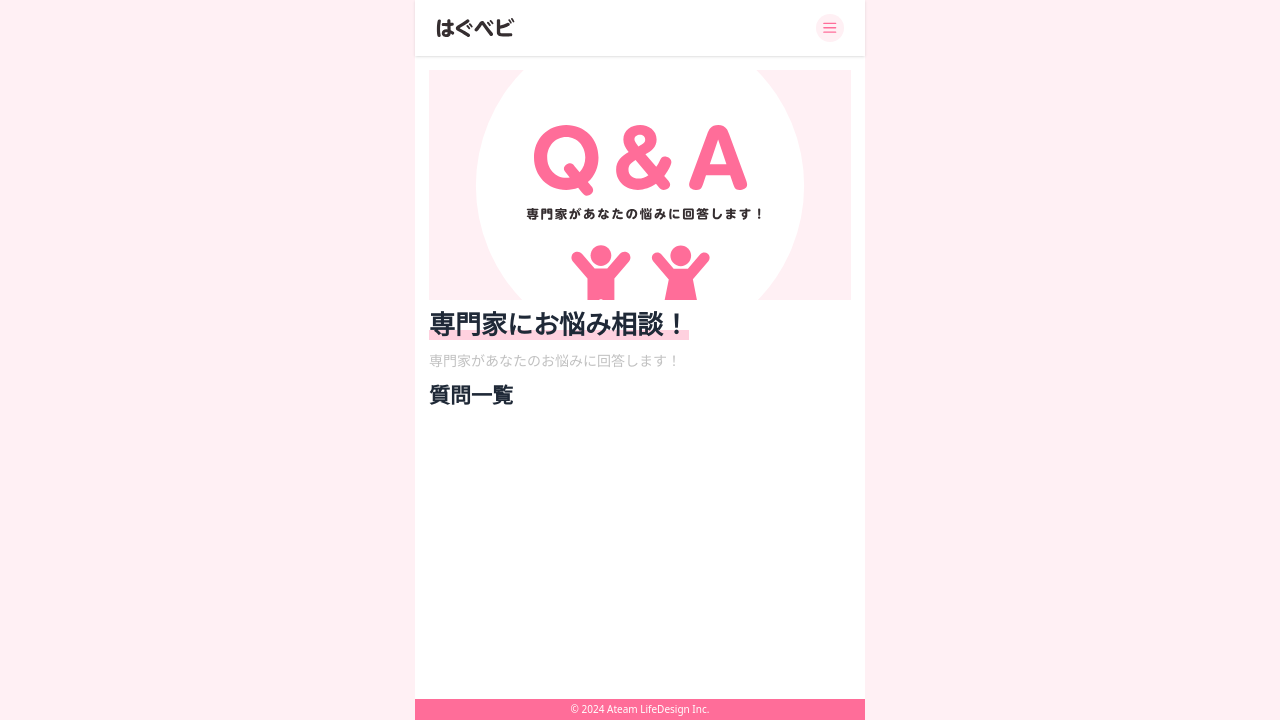
Repository: tsuzuki-takaaki/Emo
Page: http://localhost/question
The author's editor kept a record of every edit. The page is drawn from the files as they stood at one moment, then again after the next edit.
The browser window is 1280 px wide. The pictures show the whole page.
Some web libraries are served in a nearby version. The page is run by PHP 8.4 with error messages shown; the project is at /var/www/html/. Queries for data that is not in the repository find no rows.

Above is the page before.

### index.php
<?php
    error_reporting(E_ALL & ~E_NOTICE); //noticeレベルのエラーを非表示
    $params = explode('/', $_GET['url']);

    // actionの初期値をtopに固定
    // $action = "top";
    $args = array();

    switch ($params[0]) {
        case "": // /
        case "index": // /index/
            $action = 'top';
            if (array_key_exists("tag_id", $_GET)) $args["tag_id"] = $_GET["tag_id"];
            else $args["tag_id"] = 1;
            break;
        case "admin": // /admin/
            $action = "admin";
            if (count($params) < 1) break;
            switch ($params[1]) {
                case "expert": // /admin/expert/
                    if (count($params) < 2) break;
                    $action = "admin_expert";
                    switch($params[2]){ // /admin/expert/create/
                        case "create":
                            $action = "admin_create_expert";
                            break;
                        default: // /admin/expert/<expert_id>/
                            $args['expert_id'] = $params[2];
                            $action = "admin_expert";
                            if (count($params) < 3) break;
                            switch($params[3]){
                                case "update":
                                    $action = "admin_update_expert";
                                    break;
                            }
                            break;
                    }
                    break;
                }
                break;
        case "expert": // /expert/<expert_id>
            if (count($params) < 1) break;
            $args["expert_id"] = $params[1];
            $action = 'expert';
            if (count($params) < 2) break;
            switch ($params[2]) {
                case "article": // /expert/<expert_id>/article/
                    if (count($params) < 3) break;
                    switch($params[3]){
                        case "new": // /expert/<expert_id>/article/new/
                            $action = 'expert_edit_new_article';
                            break;
                        case "create": // /expert/<expert_id>/article/create/
                            $action = 'expert_create_article';
                            break;
                        default: // /expert/<expert_id>/article/<article_id>/
                            $args["article_id"] = $params[3];
                            if (count($params) < 4) break;
                            switch ($params[4]){
                                case "edit": // /expert/<expert_id>/article/<article_id>/edit/
                                    $action = 'expert_edit_exist_article';
                                    break;
                                case "update": // /expert/<expert_id>/article/<article_id>/update/
                                    $action = 'expert_update_article';
                                    break;
                            }
                            break;
                    }
                    break;
                case "question": // /expert/<expert_id>/question/<question_id>/
                    if (count($params) < 3) break;
                    $args["question_id"] = $params[3];
                    if (count($params) < 4) break;
                    switch($params[4]){
                        case "answer": // /expert/<expert_id>/question/<question_id>/answer/
                            if (count($params) < 5) break;
                            switch ($params[5]){
                                case "new": // /expert/<expert_id>/question/<question_id>/new/
                                    $action = "expert_edit_new_answer";
                                    break;
                                case "create": // /expert/<expert_id>/question/<question_id>/create/
                                    $action = "expert_create_answer";
                                    break;
                            }
                            break;
                    }
                    break;
            }
            break;

        case "article": // /article/
            if (count($params) < 2) break;
            switch ($params[1]){
                default: // /article/<article_id>/
                    $args["article_id"] = $params[1] ;
                    $action = "article";
                    break;
            }
            break;
        case "question": // /question/
            $action = "question_top";
            if (count($params) < 2) break;
            switch ($params[1]){
                case "new":
                    $action = "edit_new_question";
                    break;
                case "create":
                    $action = "create_question";
                    break;
                case '':
                    $action = "question_top";
                default: // /question/<question_id>/
                    if (strlen($params[1]) == 0){
                        $action = "question_top";
                    }else{
                        $args["question_id"] = $params[1];
                        $action = "question";
                    }
                    break;
            }
            break;
        default:
            throw new Exception("Routing Error");
    }
    // var_dump($action);
    // var_dump($args);
    require_once('./controllers/controller.php');
    $controller = new Controller;
    $controller->$action($args);

### controllers/controller.php
<?php
error_reporting(E_ALL);
ini_set('display_errors', 'On');
class Controller{
    /**
     *  /
     *  トップページ(index.php)への遷移
     */
    function top($args){
        require_once('./models/tag.php');
        require_once('./models/article_tag.php');
        require_once('./models/article.php');

        $tags = Tag::all();
        $article_tags = Article_tag::find_by_tag($args["tag_id"]);
        $articles = [];
        foreach($article_tags as $article_tag) {
            $article = Article::find($article_tag["article_id"]);
            $article_tags_2 = Article_tag::find_by_article($article["id"]);
            $article_with_tags = [];
            foreach($article_tags_2 as $article_tag_2) {
                array_push($article_with_tags, Tag::find($article_tag_2["tag_id"]));
            }
            array_push($articles, [ "tags" => $article_with_tags, "article" => $article ]);
        }

        include_once('./views/top/index.php');
    }


    /**
    * /admin/
    * 管理者画面への遷移
    */
    function admin($args){
        require_once('./models/expert_user.php');
        $experts = ExpertUser::all();
        include_once('./views/admin/admin_view.php');
    }

    /**
     * /admin/expert/<expert_id>
     * 管理者によるエキスパート管理画面
     */
    function admin_expert($args){
        require_once('./models/expert_user.php');
        $expert_id = $args['expert_id'];
        $expert = ExpertUser::find($expert_id);
        include_once('./views/admin/admin_expert.php');
    }

    /**
     * /admin/expert/create/
     * エキスパート作成(create)の実行
     * 実行後に管理者ページ(/admin/)への遷移
     */
    function admin_create_expert($args){
        require_once('./models/expert_user.php');
        $pass = $_POST['pass'];
        $first_name = $_POST['first_name'];
        $family_name = $_POST['family_name'];
        $description = $_POST['description'];
        $major = $_POST['major'];
        $expert = ExpertUser::save($pass=$pass, $first_name=$first_name, $family_name=$family_name, $description=$description, $major=$major);
        header('Location: /admin/expert/');
    }

    /**
     * /admin/expert/<expert_id>/update
     * エキスパートの更新
     */
    function admin_update_expert($args){
        require_once('./models/expert_user.php');
        $id = $args['expert_id'];
        $pass = $_POST['pass'];
        $first_name = $_POST['first_name'];
        $family_name = $_POST['family_name'];
        $description = $_POST['description'];
        $major = $_POST['major'];
        $expert = ExpertUser::update($id=$id, $pass=$pass, $first_name=$first_name, $family_name=$family_name, $description=$description, $major=$major);
        header('Location: /admin/expert/'.$expert['id'].'/');
    }

    /**
     * /expert/<id>
     * エキスパートの個人ページ
     */
    function expert($args){
        require_once('./models/expert_user.php');
        require_once('./models/article.php');
        require_once('./models/question.php');
        $expert = ExpertUser::find($id=$args['expert_id']);
        $articles = Article::find_by_author($author_id=$expert['id']);
        $questions = Question::all();
        include_once('./views/expert/expert_view.php');
    }

    /**
     * /expert/<id>/article/new/
     * エキスパートによる記事の執筆ページへの遷移
     */
    function expert_edit_new_article($args){
        require_once('./models/expert_user.php');
        require_once('./models/tag.php');
        require_once('./models/affiliate_product.php');

        $expert = ExpertUser::find($id=$args['expert_id']);
        $tags = Tag::all();
        $affiliate_products = Affiliateproduct::all();
        include('./views/expert/article_edit.php');
    }

    /**
     * /expert/<expert_id>/article/create/
     *  記事の新規作成(create)の実行
     * 実行後に記事ページへ遷移
     */
    function expert_create_article($args){
        require_once('./models/article.php');
        require_once('./models/tag.php');
        require_once('./models/article_tag.php');
        require_once('./models/affiliate_product.php');
        require_once('./models/article_affiliate_product.php');

        // 記事の保存
        $title = $_POST['title'];
        $content = $_POST['content'];
        $author_id = $args['expert_id'];
        $image_path = '/resources/images/articles' . $_FILES['upimg']['tmp_name'] . $_FILES['upimg']['name'];
        $article = Article::save($title=$title, $content=$content, $author_id=$author_id, $image_path=$image_path);
        move_uploaded_file($_FILES['upimg']['tmp_name'], "." . $image_path);

        // タグの登録
        $tags = Tag::all();
        $checked_tags = array();
        foreach ($tags as $tag){
            $key = "tag_".$tag['id'];
            if($_POST[$key] == null){
                continue;
            }else{
                $checked_tags[$tag['id']] = $tag;
            }
        }

        foreach($checked_tags as $tag){
            Article_tag::save($article_id=$article['id'], $tag_id=$tag['id']);
        }
        unset($checked_tags);

        // アフィリエイトの登録
        $affiliate_products = $_POST['affliate_products'];
        foreach($affiliate_products as $affiliate_product){
            Article_affiliate_product::save($article_id=$article['id'], $affliate_product_id=$affliate_product['id']);
        }
        unset($affiliate_products);

        header('Location: /article/'.$article['id'].'/');
    }

    /**
     *  /expert/<expert_id>/article/<article_id>/
     * エキスパートによる記事の編集画面への遷移
     */
    function expert_edit_exist_article($args){
        require_once('./models/expert_user.php');
        require_once('./models/article.php');
        require_once('./models/article_tag.php');

        $expert = ExpertUser::find($args['id']);
        $article = Article::find($args['article_id']);
        $current_tags = Article_tag::find_by_article($article['id']);
        $current_affliate_products = Article_affliate_product::find_by_article($article['id']);
        $tags = Tag::all();
        $affiliate_products = Affiliateproduct::all();
        include('./views/expert/article_edit.php');
    }

    /**
     *  /expert/<expert_id>/article/<article_id>/update/
     * エキスパートによる記事の更新(update)の実行
     * 実行後に記事ページへ遷移
     */
    function expert_update_article($args){
        require_once('./models/article.php');
        require_once('./models/tag.php');
        require_once('./models/article_tag.php');
        require_once('./models/affiliate_product.php');
        require_once('./models/article_affiliate_product.php');

        // 記事の上書き
        $article_id = $args['article_id'];
        $title = $_POST['title'];
        $content = $_POST['content'];
        $author_id = $args['expert_id'];
        $image_path = $_POST['image_path'];
        $article = Article::update($id=$article_id, $title=$title, $content=$content, $author_id=$author_id, $image_path=$image_path);

        // タグの登録
        $tags = Tag::all();
        $checked_tags = array();
        foreach ($tags as $tag){
            $key = "tag_".$tag['id'];
            if($_POST[$key] == null){
                continue;
            }else{
                $checked_tags[$tag['id']] = $tag;
            }
        }

        foreach($checked_tags as $tag){
            Article_tag::save($article_id=$article['id'], $tag_id=$tag['id']);
        }
        unset($checked_tags);

        // アフィリエイトの登録
        $affiliate_products = $_POST['affliate_products'];
        foreach($affiliate_products as $affiliate_product){
            Article_affiliate_product::save($article_id=$article['id'], $affliate_product_id=$affliate_product['id']);
        }
        unset($affiliate_products);

        header('Location: /article/'.$article['id'].'/');
    }

    /**
     *  /expert/<expert_id>/question/<question_id>/answer/new/
     * エキスパートによる質問に対する回答の新規作成ページへの遷移
     */
    function expert_edit_new_answer($args){
        require_once('./models/question.php');
        require_once('./models/expert_user.php');

        $author_id = $args['expert_id'];
        $question_id = $args['question_id'];

        $question = Question::find($question_id);
        $expert = ExpertUser::find($author_id);

        include('./views/expert/answer_edit.php');
    }

    /**
     *  /expert/<expert_id>/question/<question_id>/answer/create/
     * エキスパートによる回答の新規作成(create)の実行
     * 実行後に質問ページに遷移
     */
    function expert_create_answer($args){
        require_once('./models/question.php');
        require_once('./models/expert_user.php');
        require_once('./models/answer.php');
        require_once('./models/question_answer.php');

        $author_id = $args['expert_id'];
        $question_id = $args['question_id'];

        $question = Question::find($id = $question_id);
        $title = $question['title'];
        $content = $_POST['content'];

        $answer = Answer::save($title=$title, $content=$content, $author_id=$author_id);

        Question_answer::save($question_id=$question_id, $answer_id=$answer['id']);
        header('Location: /question/'.$question_id.'/');
    }



    /**
     *  /article/<id>/
     * 記事詳細画面への遷移
     */
    function article($args){
        require_once('./models/article.php');
        require_once('./models/article_affiliate_product.php');
        require_once('./models/affiliate_product.php');
        require_once('./models/article_tag.php');
        require_once('./models/expert_user.php');
        require_once('./models/tag.php');

        $article = Article::find($args['article_id']);
        $article_affiliate_products = Article_affiliate_product::find_by_article($article_id=$article['id']);
        $article_tags = Article_tag::find_by_article($article_id=$article['id']);
        $tags = [];
        $affiliates = [];
        foreach ($article_affiliate_products as $article_affiliate_product) {
            $affiliate = AffiliateProduct::find($article_affiliate_product['affiliate_product_id']);
            array_push($affiliates, $affiliate);
        }
        foreach ($article_tags as $article_tag) {
            $tag = Tag::find($article_tag['tag_id']);
            array_push($tags, $tag);
        }

        $author = ExpertUser::find($id=$article['author_id']);

        include_once('./views/article/show.php');
    }

    /**
     * /question/
     */
    function question_top($args){
        require_once('./models/question.php');
        require_once('./models/tag.php');

        $questions = Question::all();
        $tags = [];
        foreach ($questions as $question) {
            array_push($tags, Tag::find($question["tag_id"]));
        }

        include_once('./views/question/index.php');
    }

    /**
     *  /question/<id>/
     *  質問詳細画面への遷移
     */
    function question($args){
        require_once('./models/question.php');
        require_once('./models/question_answer.php');
        require_once('./models/answer.php');
        require_once('./models/expert_user.php');
        require_once('./models/tag.php');

        $question = Question::find($args['question_id']);
        $tag = Tag::find($question["tag_id"]);
        $answer_questions = Question_answer::find_by_question($question['id']);
        $answers = [];
        $experts = [];
        foreach ($answer_questions as $answer_question) {
            $answer = Answer::find($answer_question['answer_id']);
            array_push($answers, $answer);
            array_push($experts, ExpertUser::find($answer["author_id"]));
        }

        include_once('./views/question/question_view.php');
    }

    /**
     * /question/new/
     * 質問の投稿画面への遷移
     */
    function edit_new_question($args){
        require_once('./models/tag.php');
        $tags = Tag::all();
        include_once('./views/question/question_edit.php');
    }

    /**
     * /question/create/
     * 質問の新規作成(create)の実行
     * 実行後に作成した質問詳細ページへの遷移
     *
     */
    function create_question($args){
        var_dump('hoge');
        require_once('./models/question.php');
        $title = $_POST['title'];
        $content = $_POST['content'];
        $tag_id = $_POST['tag_id'];
        $question = Question::save($title=$title, $content=$content, $tag_id=$tag_id);
        header('Location: /question/'.$question['id'].'/');
    }
}

### models/question.php
<?php
require_once("./database.php");

class Question{
    /* 探索 */
    public static function find($id) {
        $question = ORM::for_table('questions')->where_equal('id', $id)->find_one();
        return $question;
    }

    /* 全件取得 */
    public static function all(){
        $questions = ORM::for_table('questions')->find_array();
        return $questions;
    }

    /* 新規登録 */
    public static function save($title, $content, $author_id){
        $question = ORM::for_table('questions')->create();
        $question->title  = $title;
        $question->last_name  = $content;
        $question->author_id  = $author_id;
        $question->save();
    }

    /* 更新 */
    public static function update($id, $title, $content, $author_id){
        $question = question::find($id);
        $question->title  = $title;
        $question->last_name  = $content;
        $question->author_id  = $author_id;
        $question->save();
    }

    /* 削除 */
    public static function delete($id){
        $user = question::find($id);
        $user->delete();
    }
}

### database.php
<?php
    require_once("./idiorm.php");
    ORM::configure('mysql:host=localhost;dbname=mdesu');
    ORM::configure('username', 'dbuser');
    ORM::configure('password', 'dbpass');
    $db = ORM::get_db();

### models/tag.php
<?php
require_once("./database.php");

class Tag{
    /* 探索 */
    public static function find($id) {
        $tag = ORM::for_table('tags')->where_equal('id', $id)->find_one();
        return $tag;
    }

    /* 全件取得 */
    public static function all(){
        $tags = ORM::for_table('tags')->find_array();
        return $tags;
    }

    /* 新規登録 */
    public static function save($name){
        $tag = ORM::for_table('tags')->create();
        $tag->name  = $name;
        $tag->save();
        return $tag;
    }

    /* 更新 */
    public static function update($id, $name){
        $tag = Tag::find($id);
        $tag->name  = $name;
        $tag->save();
        return $tag;
    }

    /* 削除 */
    public static function delete($id){
        $tag = Tag::find($id);
        $tag->delete();
    }
}

### style.css
*, *::before, *::after {
    box-sizing: border-box;
}

html {
    overflow-y: scroll;
    overflow-wrap: break-word;
    font-size: 14px;
}

Loaded but not shown: resources/images/logo.svg (3 lines, source omitted); idiorm.php (2557 lines, source omitted); views/question/index.php (102 lines, source omitted)

After the next edit:
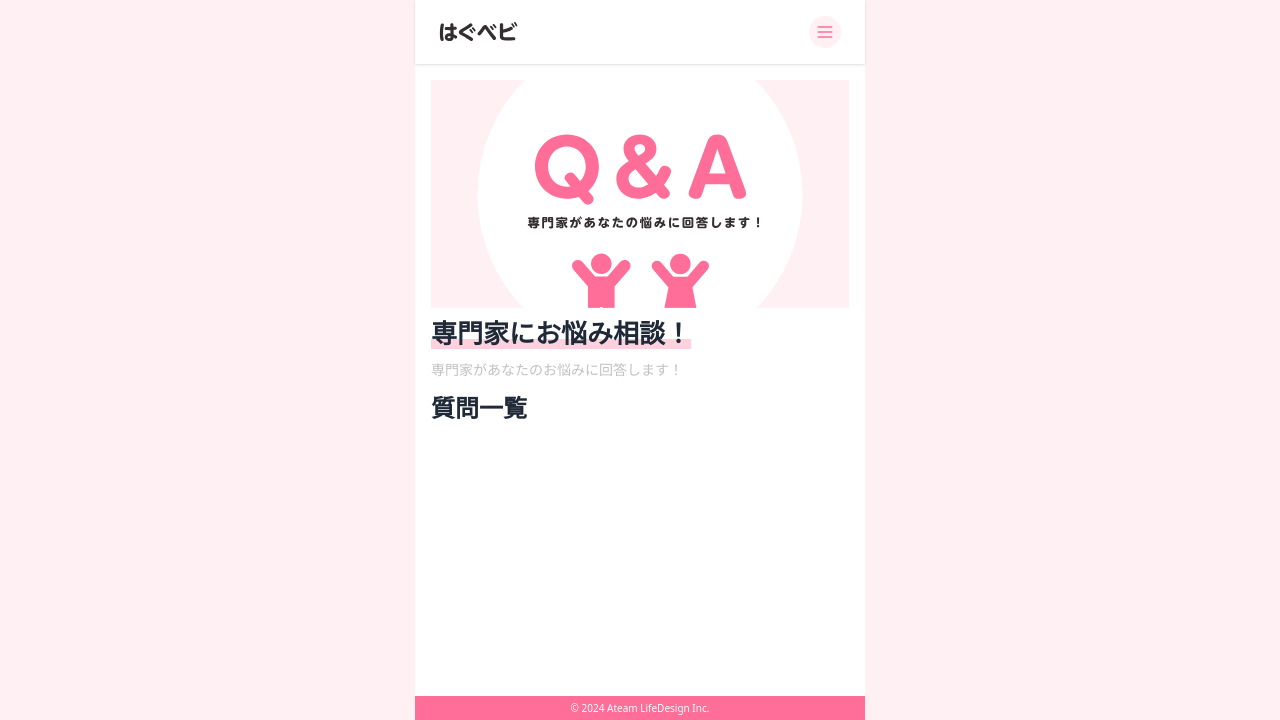
The edit:
--- a/style.css
+++ b/style.css
@@ -2,8 +2,9 @@
     box-sizing: border-box;
 }
 
+@layer base {
 html {
+    font-family: "Hiragino Kaku Gothic Pro, sans-s";
     overflow-y: scroll;
     overflow-wrap: break-word;
-    font-size: 14px;
 }
